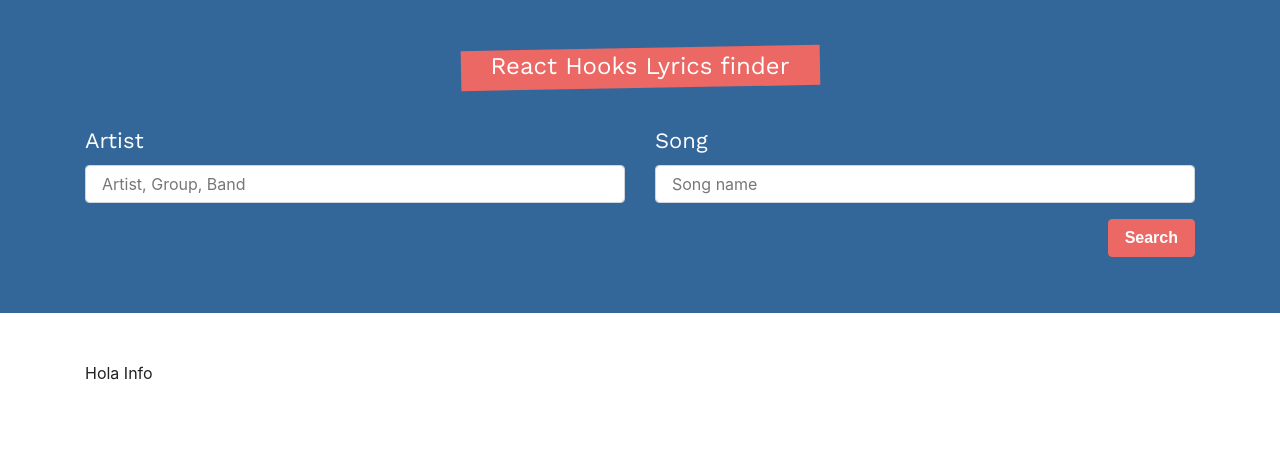
Repository: ppfeliuu/Lyrics-and-Band
Page: /
The author's editor kept a copy of each file at every save. The page is drawn from the files as they stood at one save, then again after the next save.
The browser window is 1280 px wide. The pictures show the whole page.
The page's requests for data from a server got no answer. Some web fonts or font styles are not loaded; a fallback is used. The project was rebuilt for these pictures with package versions that can differ from the ones it lists, and the page was loaded fresh each time. No one was signed in, and anything a server would have sent is missing. Also part of the build but not shown: src/components/Cancion.js.

Above is the page before, as saved 2019-06-24 11:18:00.

After the next save:
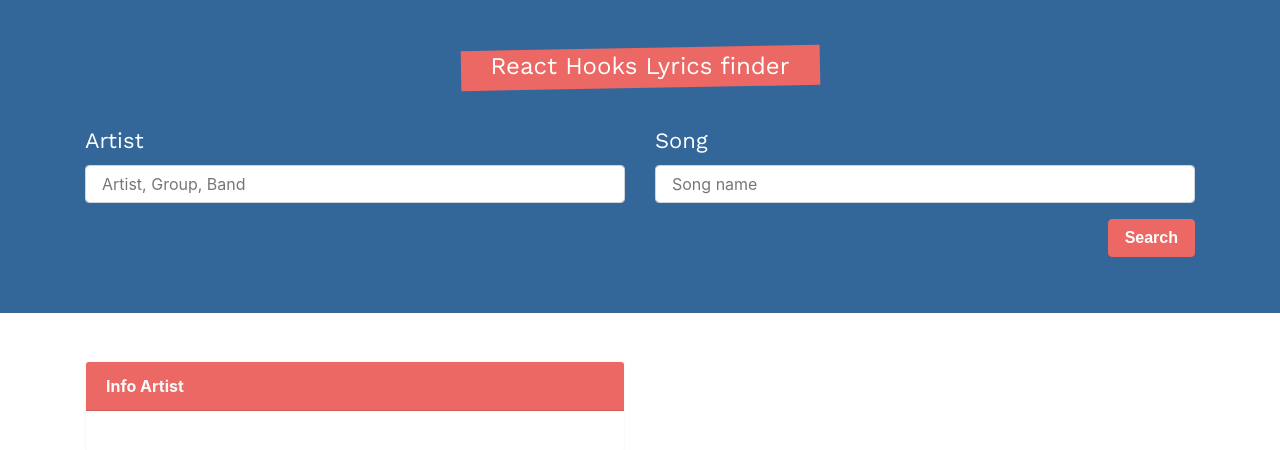
Saved 2 min 3 s later.
--- a/src/components/Informacion.js
+++ b/src/components/Informacion.js
@@ -1,8 +1,15 @@
 import React from 'react';
 
-function Informacion() {
+function Informacion({info}) {
     return(
-        <p>Hola Info</p>
+       <div className="card border-light">
+           <div className="card-header bg-primary text-light font-weight-bold">
+               Info Artist
+           </div>
+           <div className="card-body">
+
+           </div>
+       </div>
     )
 }
 
